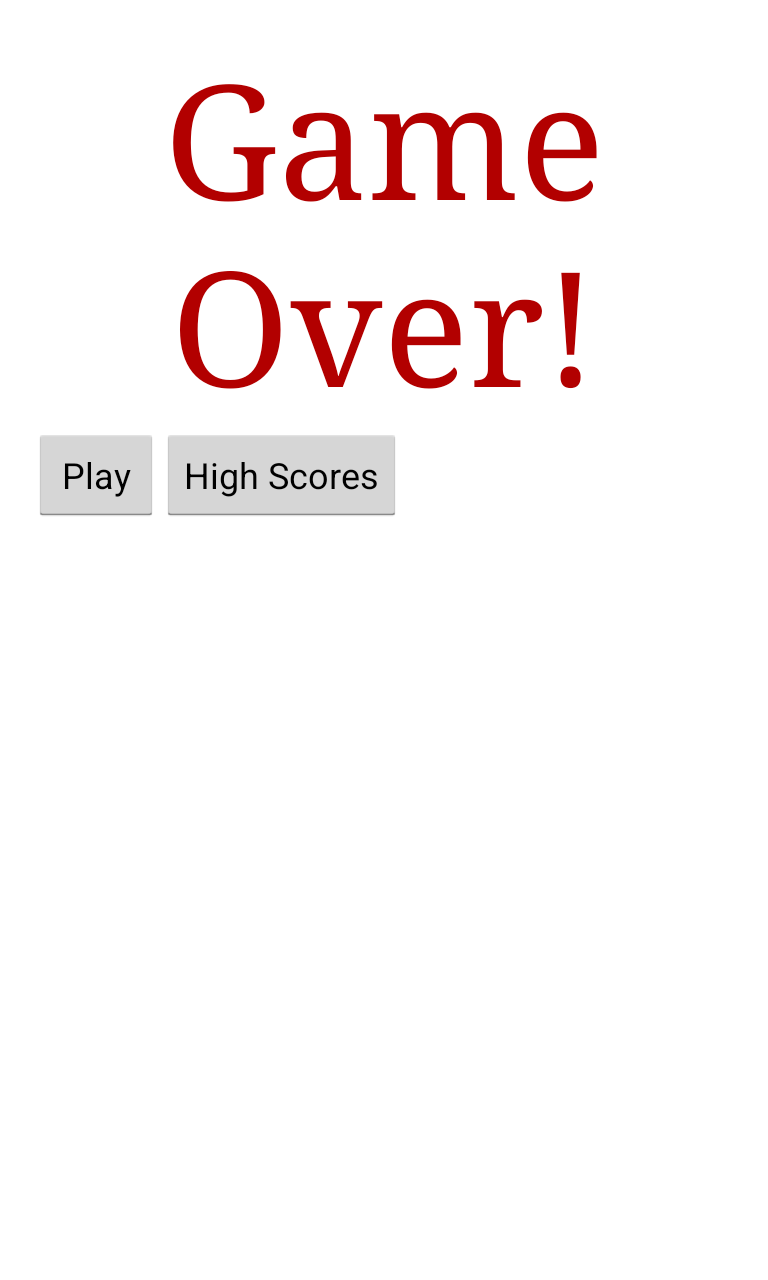
Repository: osheac5/fire
Layout: fire/res/layout/activity_game_over.xml
These files come from the project's save history. The layout is drawn as it stood at one moment and after the next save; the edit follows.
It is drawn on a 768 x 1280 px phone screen (xhdpi) without system bars, with theme AppTheme; the app's code is not run.

Above is the layout before, as saved 2013-11-25 11:23:49.

After the next save:
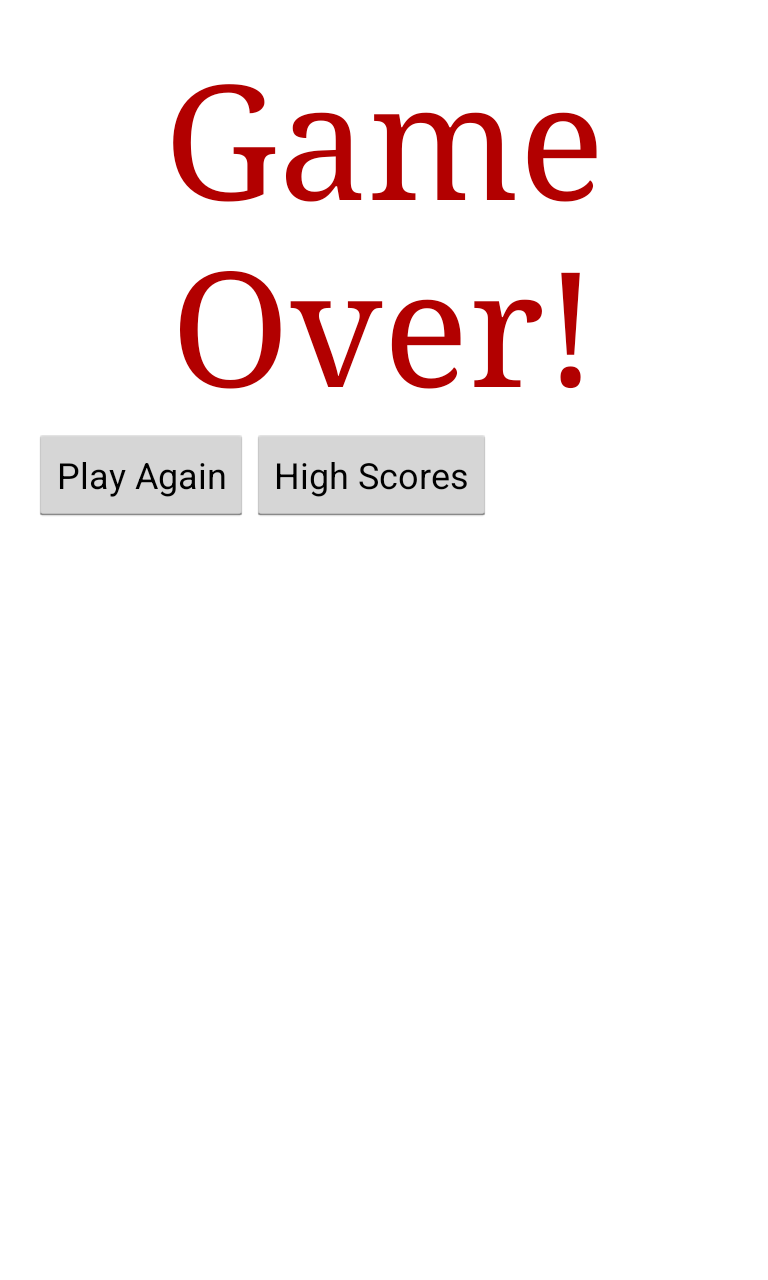
Saved 10 s later.
--- a/fire/res/layout/activity_game_over.xml
+++ b/fire/res/layout/activity_game_over.xml
@@ -33,7 +33,7 @@
             android:layout_width="wrap_content"
             android:layout_height="wrap_content"
             android:onClick="startGame"
-            android:text="@string/play_game" />
+            android:text="@string/play_again" />
 
         <Button
             android:layout_width="wrap_content"
